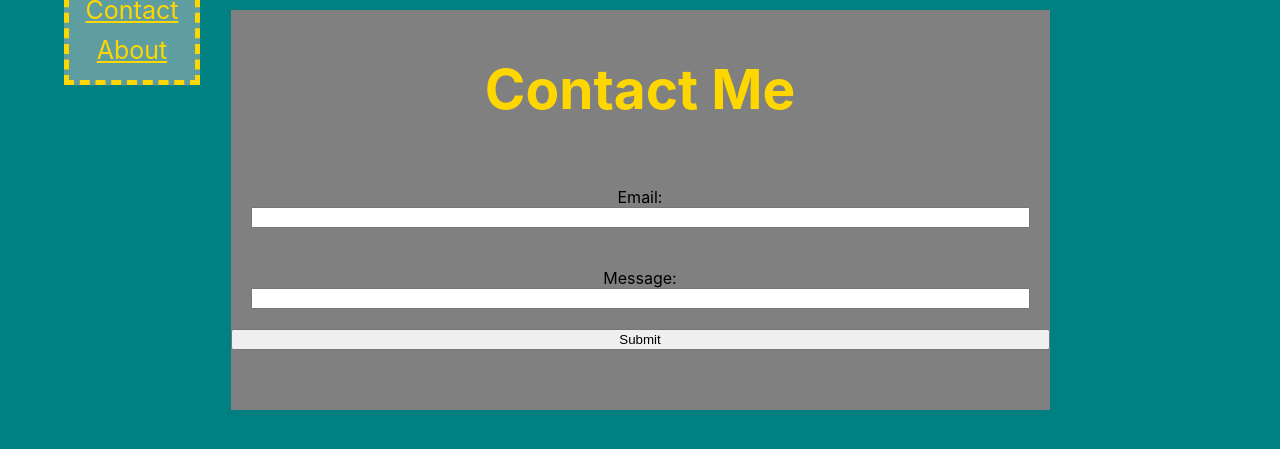
Repository: zeidalidiez/portfolioreact
Page: /Contact
An editor plug-in stored every save of this project. The page is shown before and after the next save, followed by the edit.
The browser window is 1280 px wide. The pictures show the whole page.
The project was rebuilt for these pictures with package versions that can differ from the ones it lists, and the page was loaded fresh each time. Also part of the build but not shown: src/components/Thumbnail.js, src/components/Projects.js, src/components/About.js.

Above is the page before, as saved 2021-02-08 18:07:59.

After the next save:
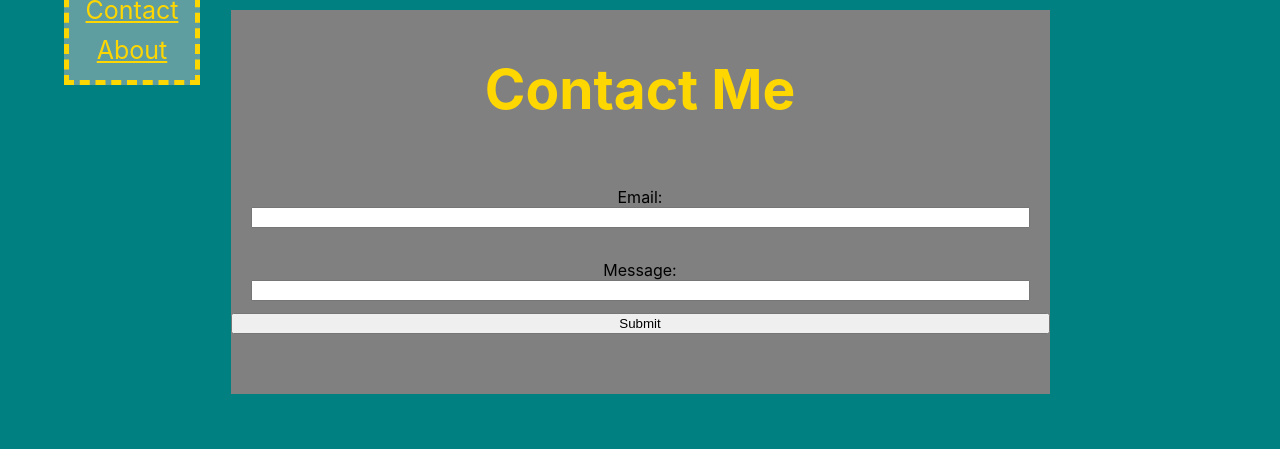
Saved 37 s later.
--- a/src/components/App.css
+++ b/src/components/App.css
@@ -115,7 +115,6 @@ form {
 .messageInput {
   width: 100%;
   padding: 12px 20px;
-  margin: 8px 0;
   box-sizing: border-box;
 }
 
